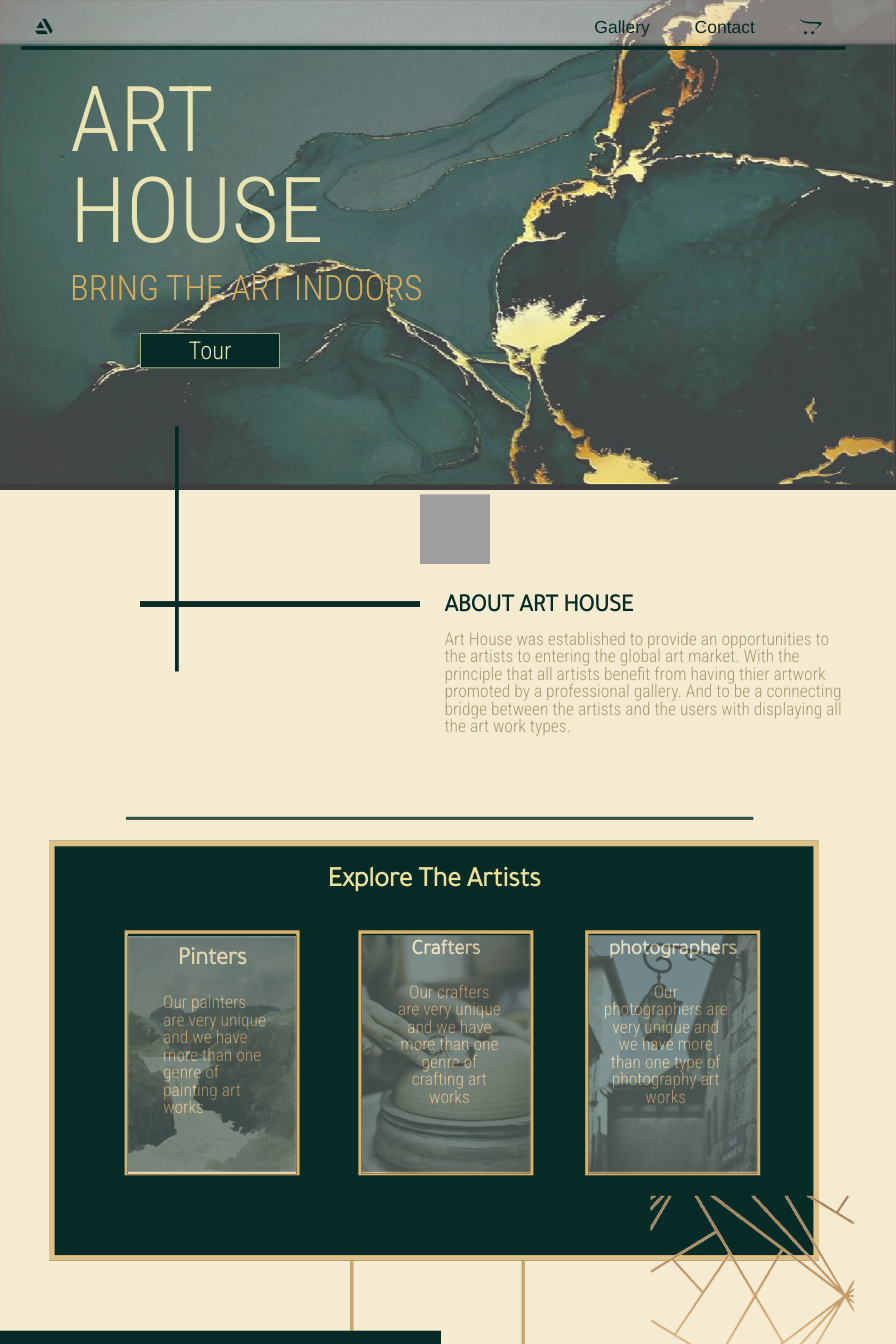
Repository: merge-confilicts/art-house
Page: index.html
An editor plug-in stored every save of this project. The page is shown before and after the next save, followed by the edit.
The browser window is 1280 px wide. The pictures show the part of the page from y = 0 to 1920 px (the page is 3444 px tall before and 3424 px after), at 70% of full size.
Pictures or frames that could not be fetched are drawn as grey boxes.

Above is the page before, as saved 2021-05-25 22:46:26.

### index.html
<!DOCTYPE html>
<html lang="en">

<head>
    <meta charset="UTF-8">
    <meta http-equiv="X-UA-Compatible" content="IE=edge">
    <meta name="viewport" content="width=device-width, initial-scale=1.0">
    <title>Art house</title>
    <l<link rel="preconnect" href="https://fonts.gstatic.com">
        <link
            href="https://fonts.googleapis.com/css2?family=Noto+Sans+JP:wght@300&family=Roboto+Condensed:wght@300&family=Tajawal:wght@300&display=swap"
            rel="stylesheet">
        <link rel="stylesheet" href="css/reset.css">
        <link rel="stylesheet" href="css/style.css">
        <link rel="stylesheet" href="https://use.fontawesome.com/releases/v5.15.3/css/all.css"
            integrity="sha384-SZXxX4whJ79/gErwcOYf+zWLeJdY/qpuqC4cAa9rOGUstPomtqpuNWT9wdPEn2fk" crossorigin="anonymous">

</head>

<body>
    <div id="tour">
        <h4>Art iteams</h4>
        <div class="mySlide">
            <span class="slideCounter">1 / 3</span>
            <img src="https://shremal.com/wp-content/uploads/2017/03/placeholder-light-1.gif" alt="tour"
                class="SlideImages" />
            <p class="SlideImagetitle">Description for the images in the tour </p>
        </div>
        <div class="mySlide">
            <span class="slideCounter">2 / 3</span>
            <img src="https://shremal.com/wp-content/uploads/2017/03/placeholder-light-1.gif" alt="tour"
                class="SlideImages" />
            <p class="SlideImagetitle">Description for the images in the tour </p>
        </div>
        <div class="mySlide">
            <span class="slideCounter">3 / 3</span>
            <img src="https://shremal.com/wp-content/uploads/2017/03/placeholder-light-1.gif" alt="tour"
                class="SlideImages" />
            <p class="SlideImagetitle">Description for the images in the tour </p>
        </div>
        <a class="prev" onclick="plusSlides(-1)">&#10094;</a>
        <a class="next" onclick="plusSlides(1)">&#10095;</a>
        <button type="button" id="xButton">X</button>
    </div>
    <header>
        <nav>
            <ul>
                <li><a href="index.html"><i class="fab fa-artstation"></i></a></li>
                <li><a href="html/gallery.html">Gallery</a></li>
                <li><a href="html/contact-us.html">Contact</a></li>
                <li><a href="html/shopping-page.html"><i class="fab fa-opencart"></i></a></li>
            </ul>
        </nav>
        <span></span>
        <h1>ART <br /> HOUSE</h1>
        <p>BRING THE ART INDOORS </p>
        <button type="button" id="button">Tour</button>
        <img src="Images/mainPage/main.jpg" alt="mainPage">
    </header>
    <main>
        <section>
            <img src="https://static.thenounproject.com/png/486805-200.png" alt="scroll">
            <span></span>
            <span></span>
            <h3>ABOUT ART HOUSE</h3>
            <p>Art House was established to provide an opportunities to the artists to entering the global art market.
                With the principle that all artists benefit from having thier artwork promoted by a professional
                gallery.
                And to be a connecting bridge between the artists and the users with displaying all the art work types.
            </p>
            <span></span>
        </section>
        <section>
            <h3>Explore The Artists</h3>
            <article>
                <h5>Pinters</h5>
                <p>Our painters are very unique and we have more than one genre of painting art works</p>
                <img src="/Images/mainPage/2.jpg" alt="painters">
            </article>
            <article>
                <h5>Crafters</h5>
                <p>Our crafters are very unique and we have more than one genre of crafting art works</p>
                <img src="/Images/mainPage/3.jpg" alt="crafters">
            </article>
            <article>
                <h5>photographers</h5>
                <p>Our photographers are very unique and we have more than one type of photography art works</p>
                <img src="Images/mainPage/4.jpg" alt="crafters">
            </article>
        </section>
        <section>
            <article>

                <div>

                </div>
                <p> <span id="artists">A pharagraph for the new artists</span> <br /> who are intresting in launching
                    thier
                    work in the <br /> <span id="website">website</span> </p>
                <a href="/html/contact-us.html" target="_top">Join Us</a>
            </article>
            <article>
                <!-- <img src="https://shremal.com/wp-content/uploads/2017/03/placeholder-light-1.gif" alt="2nplaceholder"> -->
            </article>
        </section>
        <img src="/Images/mainPage/output-onlinepngtools (1).png" alt="rightImg" id="right">
        <img src="Images/mainPage/output-onlinepngtools (2).png" alt="lrftImg" id="left">
    </main>
    <footer>
        <p><i class="far fa-copyright"></i> Art-House 2021</p>
        <span></span>
        <a href="#"> <i class="fab fa-facebook"></i></a>
        <a href="#"> <i class="fab fa-instagram"></i></i></a>
        <a href="#"> <i class="fab fa-twitter"></i></i></a>
        <a href="#"><i class="fab fa-pinterest"></i></i></a>
    </footer>
    <script src="/js/app.js"></script>
</body>

</html>

### css/style.css

*{
    box-sizing: border-box;
}
body{
    background-color: #f4ebd0;

}


#tour{
    margin-left: 200px;
    width: 70%;
    background-color: darkgray;
    position: absolute;
    height: 550px;
    z-index: 1;
    display: none;
    transition: 1s;
}
#tour h4{
    padding-top: 20px;
    padding-left: 20px;
    padding-bottom: 20px;
    font-size: 30px;
    font-family: cursive;
}
#tour img{
    width: 700px;
    margin-left: 110px;
    padding-bottom: 20px;
}
#tour p {
    padding-bottom: 30px;
    margin-left: 110px;
    font-family: cursive;
    font-size: 20px;
}
#tour button{
    top: -25px;
    right: 60px;
    position: absolute;
    width: 30px;
    height: 30px;
    font-size: 25px;
}
.mySlide{
    display: none;
}
.slideCounter{
    left: 20px;
    position: absolute;
    font-size: 20px;
    font-family:cursive;
}
.prev{
    top: 250px;
    left: 50px;
    position: absolute;
    font-size: 30px;
}
.next{
    top: 250px;
    left: 860px;
    position: absolute;
    font-size: 30px;
}
ul li {
    display: inline-block;
    margin-left: 0px;
    padding-top: 25px;
    left: 710px;
    position: relative;
    margin-right: 60px;
}
ul li:first-child{
    margin-left: 50px;
    padding-left: 0px;
    left: 0px;
    font-size: 25px;
    position: relative;
}

nav ul li a {
    font-size: 25px;
    text-decoration: none;
    color: #062a26;
    font-family:'Franklin Gothic Medium', 'Arial Narrow', Arial, sans-serif;
}
header span{
    display: block;
    top: 15px;
    left: 30px;
    position: relative;
    background-color: #062a26;
    width: 92%;
    height: 5px;
    border: #062a26 solid 2px;
}
header img {
    top: 0px;
    left: 0px;
    position: absolute;
    z-index: -1;
    width: 100%;
    height: 700px;
}
h1{
    margin-top:50px;
    margin-left: 100px;
    font-size: 130px;
    font-family: 'Noto Sans JP', sans-serif;
    font-family: 'Roboto Condensed', sans-serif;
    color: #e8e3b1;
}
header p {
    margin-top: 20px;
    margin-left: 100px;
    font-size: 50px;
    font-family: 'Noto Sans JP', sans-serif;
    font-family: 'Roboto Condensed', sans-serif;
    color: #d5ad60;
}
 button{
    margin-top: 40px;
    margin-left: 200px;
    width: 200px;
    height: 50px;
    font-size: 35px;
    color: white;
    background-color: #062a26;
    border: none;
    font-family: 'Noto Sans JP', sans-serif;
    font-family: 'Roboto Condensed', sans-serif;
    color: #e8e3b1;
    border: 1px solid #e8e3b1 ;



}

main section:first-child img{
    margin-top: 180px;
    margin-left: 600px;
    width: 100px;
    height: 100px;
    border: none;
}
main section:first-child span:first-of-type{
    display: block;
    top: -200px;
    left: 250px;
    position: relative;
    background-color: #062a26;
    width: 5px;
    height: 350px;
    border: #062a26 solid 2px;

}
main section:first-child :nth-child(3){
    display: block;
    top: -300px;
    left: 200px;
    position: relative;
    background-color: #062a26;
    width: 400px;
    height: 8px;
    border: #062a26 solid 2px;
}

main section:first-child h3 {
    top: 850px;
    left: 635px;
    position:absolute;
    font-size: 35px;
    font-family: 'Noto Sans JP', sans-serif;
    font-family: 'Roboto Condensed', sans-serif;
    font-family: 'Tajawal', sans-serif;
    font-weight: 700;
    color:#062a26;

}
main section:first-child p{
    top: 900px;
    left: 635px;
    position:absolute;
    font-size: 25px;
    font-family: 'Noto Sans JP', sans-serif;
    font-family: 'Roboto Condensed', sans-serif;
    width: 580px;
    color: #a89a73;
    font-weight: 500;
}
main section:first-child span:last-of-type{
    display: block;
    top: 0px;
    left: 180px;
    position: relative;
    background-color: #062a26;
    width: 70%;
    height: 2px;
    border: #062a26 solid 2px;
    opacity: .8;
}
main section:nth-child(2){
    display: block;
    background-color: #062a26;
    width: 1100px;
    height: 600px;
    margin-left: 70px;
    margin-top: 30px;
    border: 8px solid #dfc086;

}
main section:nth-child(2) h3 {
    text-align: center;
    padding-top: 30px;
    font-size: 40px;
    font-family: 'Noto Sans JP', sans-serif;
    font-family: 'Roboto Condensed', sans-serif;
    font-family: 'Tajawal', sans-serif;
    font-weight: 700;
    color: #ece09c;

}
main section:nth-child(2) article {
    margin-top: 50px;
    margin-left: 100px;
    display: inline-block;
    border: 5px solid #d8b26a;
}
main section:nth-child(2) article:first-of-type {
    width: 250px;
    height: 350px;

}
main section:nth-child(2) article:first-of-type h5 {
   font-size: 35px;
   text-align: center;
   padding-top: 20px;
   padding-bottom: 30px;
   font-family: 'Noto Sans JP', sans-serif;
   font-family: 'Roboto Condensed', sans-serif;
   font-family: 'Tajawal', sans-serif;
   font-weight: 700;
   color: #ece09c;
   opacity: 1;
}
main section:nth-child(2) article:first-of-type p {
    font-size: 25px;
    font-family: 'Noto Sans JP', sans-serif;
    font-family: 'Roboto Condensed', sans-serif;
    color:#d5ad60 ;
    padding-left:50px ;
    width: 200px;
    opacity: 1;
 }
 main section:nth-child(2) article:first-of-type img{
     width: 242px;
     height: 342px;
     top: -458px;
     right: 1px;
     position: relative;
     opacity: .5;
 }
main section:nth-child(2) article:nth-child(3) {
    width: 250px;
    height: 350px;
    top: -15px;
    right:20px;
    position: relative;
}
main section:nth-child(2) article:nth-child(3) h5 {
    font-size: 30px;
    text-align: center;
    padding-top: 10px;
    padding-bottom: 30px;
    font-family: 'Noto Sans JP', sans-serif;
    font-family: 'Roboto Condensed', sans-serif;
    font-family: 'Tajawal', sans-serif;
    font-weight: 700;
    color: #ece09c;
    opacity: 1;
 }
 main section:nth-child(2) article:nth-child(3) p {
     font-size: 25px;
     text-align: center;
     font-family: 'Noto Sans JP', sans-serif;
     font-family: 'Roboto Condensed', sans-serif;
     color:#d5ad60 ;
     padding-left:50px ;
     width: 200px;
     opacity: 1;

  }
  main section:nth-child(2) article:nth-child(3) img{
    width: 242px;
    height: 342px;
    top: -444px;
    right: 1px;
    position: relative;
    opacity: .5;
  }
main section:nth-child(2) article:last-of-type {
    width: 250px;
    height: 350px;
    top: -15px;
    right:50px;
    position: relative;
}
main section:nth-child(2) article:last-of-type h5 {
    font-size: 30px;
    text-align: center;
    padding-top: 10px;
    padding-bottom: 30px;
    font-family: 'Noto Sans JP', sans-serif;
    font-family: 'Roboto Condensed', sans-serif;
    font-family: 'Tajawal', sans-serif;
    font-weight: 700;
    color: #ece09c;

}
main section:nth-child(2) article:last-of-type p {
    font-size: 25px;
    text-align: center;
    font-family: 'Noto Sans JP', sans-serif;
    font-family: 'Roboto Condensed', sans-serif;
    color:#d5ad60 ;
    padding-left:20px ;
    width: 200px;


 }
 main section:nth-child(2) article:last-of-type img{
    width: 242px;
    height: 342px;
    top: -444px;
    right: 1px;
    position: relative;
    opacity: .5;
 }
main section:last-of-type article:first-of-type {
     display: block;
     background-color: #062a26;
     width: 630px;
     height: 300px;
     margin-top: 100px;

}
main section:last-of-type article:first-of-type div {
    display: block;
    border: solid 5px #c5a86f;
    width: 250px;
    height: 600px;
    top: -140px;
    left:500px;
    position: relative;
    z-index: -1;
    /* opacity: .8; */
}
main section:last-of-type article:first-of-type #artists{
    font-size: 40px;
    font-family: 'Noto Sans JP', sans-serif;
    font-family: 'Roboto Condensed', sans-serif;
    color: #d5ad60;
    top: -50px;
    left: -50px;
    position: relative;
    font-style: italic;
}
main section:last-of-type article:first-of-type p{
    color: honeydew;
    left: 165px;
    top: -500px;
    font-size: 25px;
    position: relative;
    font-family: 'Noto Sans JP', sans-serif;
    font-family: 'Roboto Condensed', sans-serif;

}
main section:last-of-type article:first-of-type #website{
    font-size: 30px;
    color: black;
    top: -27px;
    left: 470px;
    position: relative;
    font-family: 'Noto Sans JP', sans-serif;
    font-family: 'Roboto Condensed', sans-serif;
    color: #d5ad60;
}

main section:last-of-type article:first-of-type a{
    position: relative;
    top: -500px;
    left: 450px;
    border: 3px solid #d5ad60 ;
    border-radius: 0px;
    color: #d5ad60;
    display: inline-block;
    /* text-align: center; */
    padding: 15px 40px 15px 40px;
    text-decoration: none;
    font-size: 20px;
    font-family: 'Noto Sans JP', sans-serif;
    font-family: 'Roboto Condensed', sans-serif;
    font-weight: bold;

}

main section:last-of-type article:last-of-type img{
    width: 400px;
    height: 500px;
    float: right;
    margin-top: -200px;
    border: 1px solid black;
}

main img {
    width: 200px;
    height: 200px;
    margin-top: 200px;
    border: 1px solid black;
}

footer {
    text-align: center;


}
footer p{
    margin-right: 200px;
    color: #062a26;
    font-family: 'Roboto Condensed', sans-serif;
    font-size: 20px;
    top: -780px;
    position: relative;
}
#right{
    border: none;
    width: 400px;
    height: 580px;
    right: 100px;
    top: -730px;
    position: relative;


}
#left{
    border: none;
    width: 300px;
    height: 1000px;
    left: 520px;
    top: -700px;
    position: relative;
}
footer .fa-copyright{
    color: #062a26;
    font-size: 20px;

}
footer span{

    background-color: #062a26;
    border: 2px solid #062a26;
    left: 80px;
    top:-400px;
    position: relative;
}
footer .fa-facebook{
    margin-left: 200px;
    top: -800px;
    position: relative;
    color: #062a26;
    font-size: 20px;
}
footer .fa-instagram{
    top: -800px;
    position: relative;
    color: #062a26;
    font-size: 20px;
}
footer .fa-twitter{
    top: -800px;
    position: relative;
    color: #062a26;
    font-size: 20px;
}
footer .fa-pinterest{
    top: -800px;
    position: relative;
    color: #062a26;
    font-size: 20px;
}

### js/app.js

'use strict';

//................Tour button code.....................
let btn = document.getElementById('button');
let xBtn = document.getElementById('xButton');
btn.addEventListener('click', tourShow);
xBtn.addEventListener('click', tourShow);
function tourShow(event) {
    let slideShow = document.getElementById('tour');
    let displaySetting = slideShow.style.display;
    if (displaySetting == 'block') {
        slideShow.style.display = 'none';
        btn.innerHTML = 'TOUR';
    } else if (xBtn.addEventListener) {
        slideShow.style.display = 'block';
    }
}

//................Slide show code.....................

let index = 1;
showSlide(index);
function plusSlides(action) {
    showSlide(index += action);
}
function showSlide(n) {
    let slides = document.getElementsByClassName('mySlide');
    console.log(slides);
    if (n > slides.length) { index = 1 }
    if (n < 1) { index = slides.length }
    for (let i = 0; i < slides.length; i++) {
        slides[i].style.display = "none";
    }

    slides[index - 1].style.display = "block";
}

Loaded but not shown: css/reset.css (common file)

After the next save:
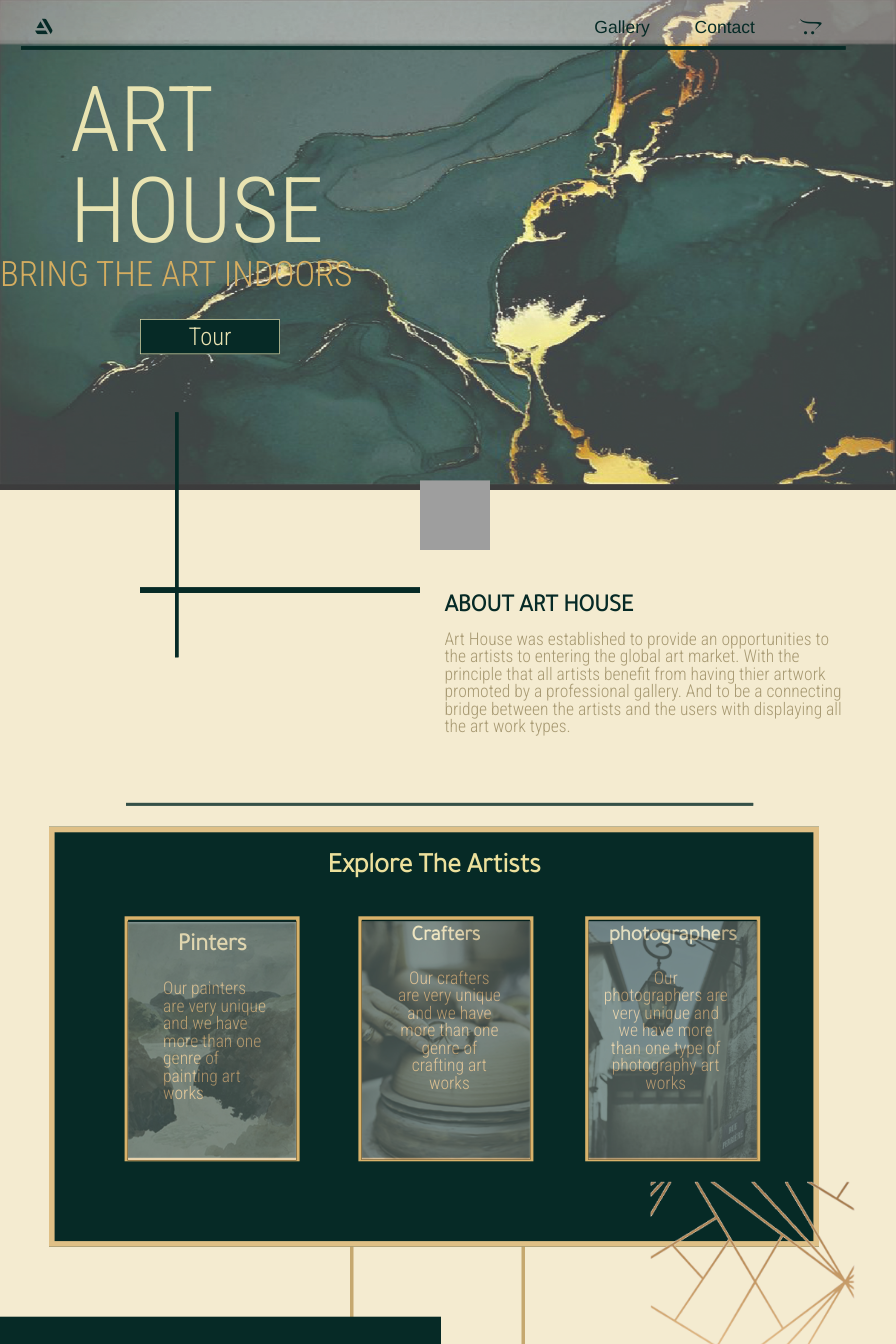
Saved 5 s later.
--- a/css/style.css
+++ b/css/style.css
@@ -114,8 +114,7 @@ h1{
     color: #e8e3b1;
 }
 header p {
-    margin-top: 20px;
-    margin-left: 100px;
+
     font-size: 50px;
     font-family: 'Noto Sans JP', sans-serif;
     font-family: 'Roboto Condensed', sans-serif;
